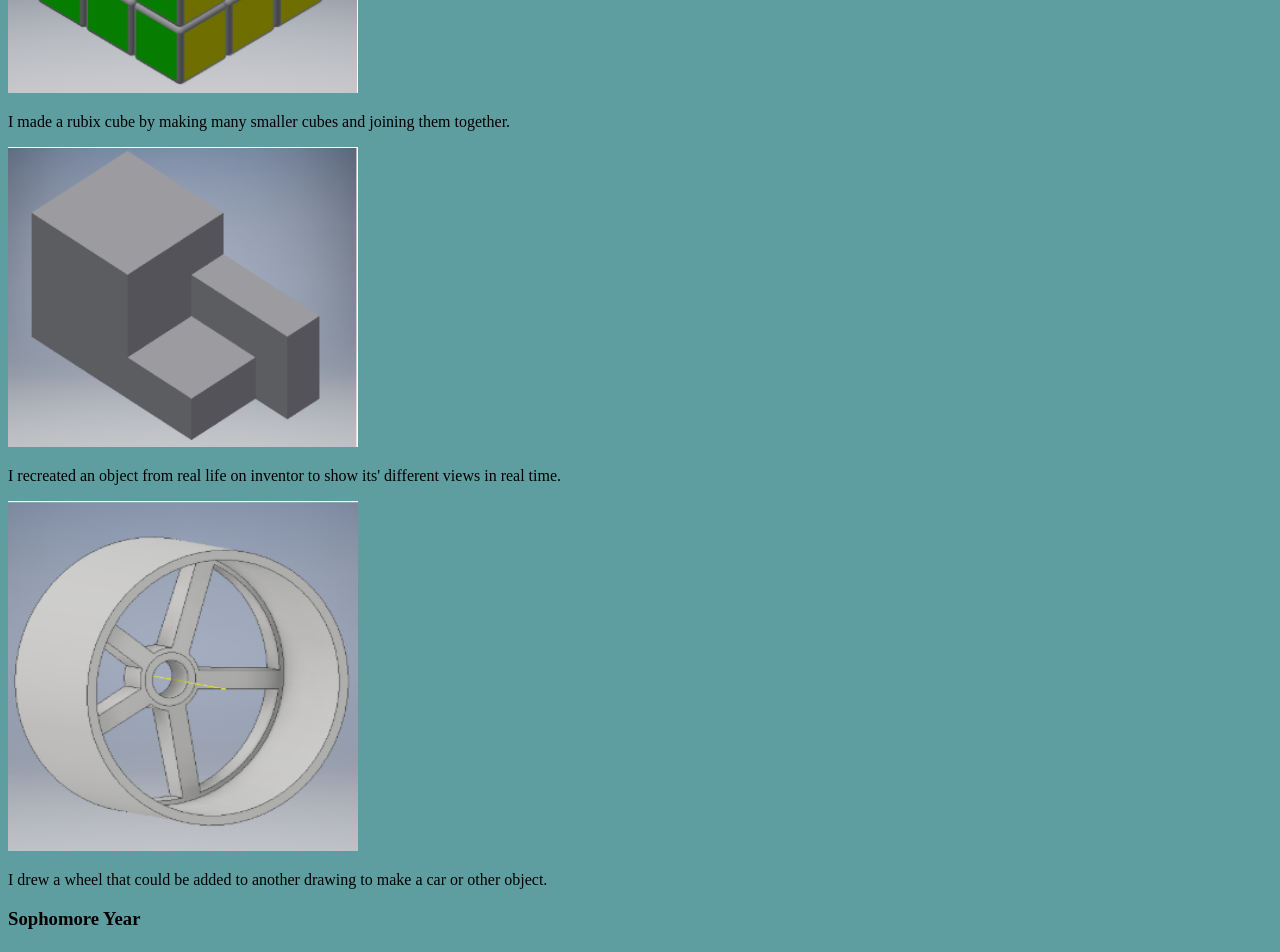
Repository: cdzendzel/cdzendzel.github.io
Page: engineering.html
The author's editor kept a record of every edit. The page is drawn from the files as they stood at one moment, then again after the next edit.
The browser window is 1280 px wide. The pictures show the part of the page from y = 418 to 1370 px (the page is 2000 px tall).
Pictures or frames that could not be fetched are drawn as grey boxes.

Above is the page before.

### engineering.html

<!DOCTYPE html>
<html>
     <body style="background-color:cadetblue;">
<head>
<title>Carmela's Webpage</title>
</head>
<body>

<h1 style="text-align:center; color:white;">Engineering</h1>
<h3 style="text-align:center; color:white;">You can view some objects I made on a program called Inventor.</h3>
</body>
</html>
</body>
</html>

<h3 style="text-align:center; color:white;">Freshman Year</h3>
<img src="images/rubix.PNG" alt="Rubix cube made on Inventor"" width= "350" height= "350">
<p>I made a rubix cube by making many smaller cubes and joining them together.</a></p>

<img src="images/multi.PNG" alt="Multiview sketch on Inventor"" width= "350" height= "300">
<p>I recreated an object from real life on inventor to show its' different views in real time.</a></p>


<img src="images/wheel.PNG" alt="Wheel drawn on inventor""  width= "350" height= "350">
<p>I drew a wheel that could be added to another drawing to make a car or other object.</a></p>

<h3>Sophomore Year<h3>
<iframe src="https://docs.google.com/presentation/d/e/2PACX-1vST18-eS-TPYDpfNOgbmih2YoEvldfOJ0uKTPP31FRv7KpF_WFfgjXk9pU2-ZxOS82-iJ-sYYw9PphZ/embed?start=false&loop=false&delayms=3000" frameborder="0" width="960" height="569" allowfullscreen="true" mozallowfullscreen="true" webkitallowfullscreen="true"></iframe>
<p>A group and I designed a house with eco-friendly features, starting with sketching out blueprints. We then used a website to create a model of our house.<p>

</body>

After the next edit:
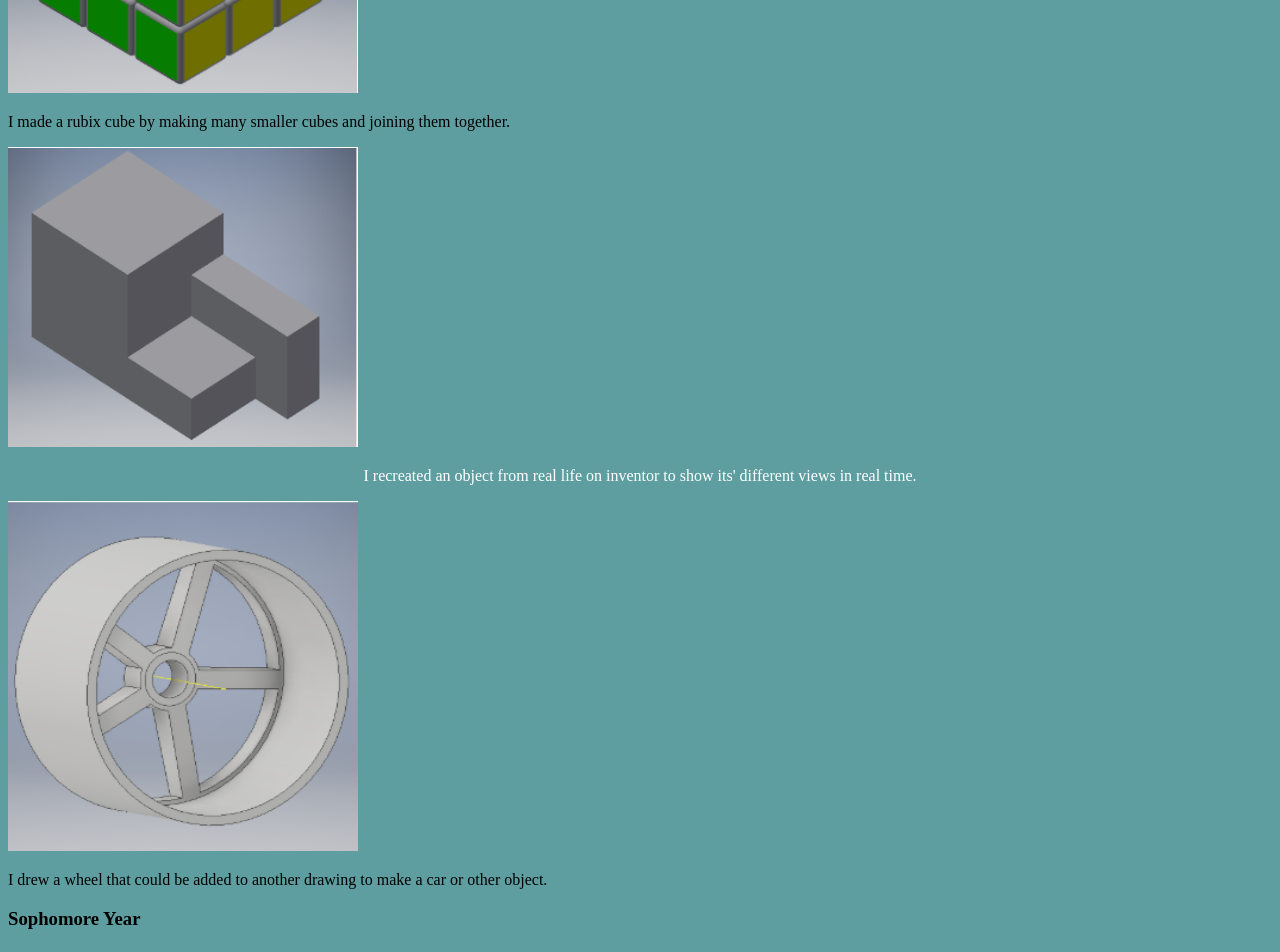
The edit:
--- a/engineering.html
+++ b/engineering.html
@@ -19,7 +19,7 @@
 <p>I made a rubix cube by making many smaller cubes and joining them together.</a></p>
 
 <img src="images/multi.PNG" alt="Multiview sketch on Inventor"" width= "350" height= "300">
-<p>I recreated an object from real life on inventor to show its' different views in real time.</a></p>
+<p style="text-align:center; color:white;">I recreated an object from real life on inventor to show its' different views in real time.</a></p>
 
 
 <img src="images/wheel.PNG" alt="Wheel drawn on inventor""  width= "350" height= "350">
